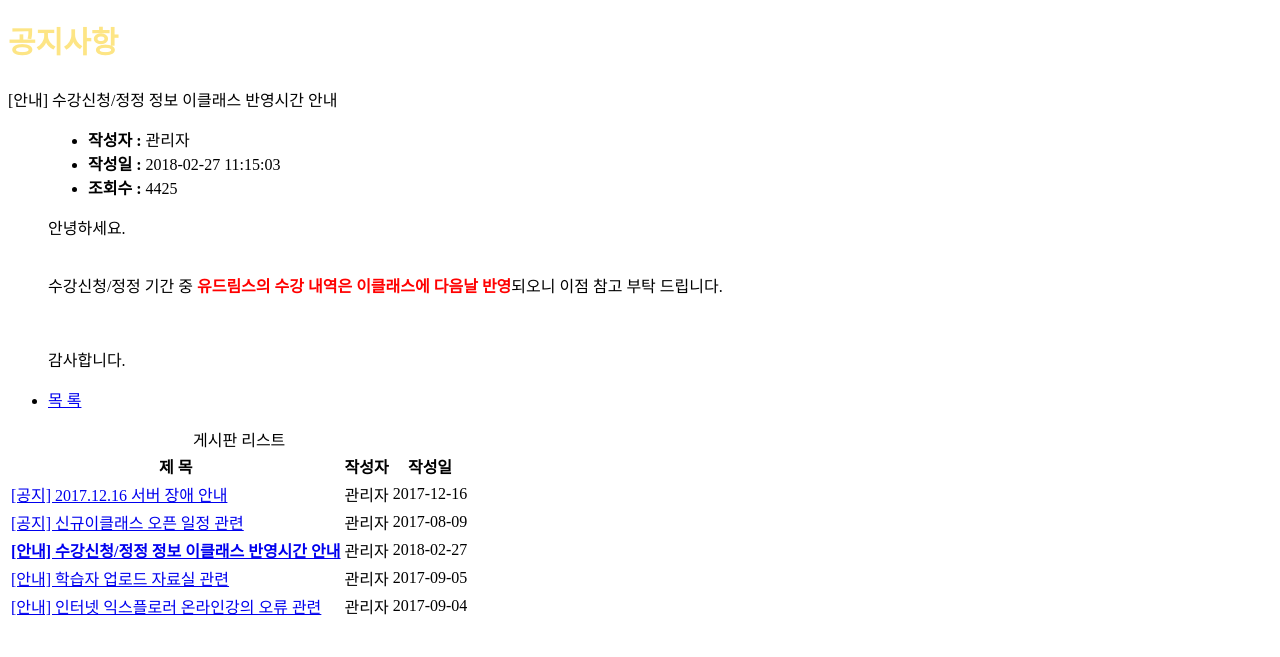
Repository: CSID-DGU/2019-1-CECD3-FFChain-2
Page: http://localhost/icip.app/WEB-INF/jsp/icip/notice/noticeView.jsp
An editor plug-in stored every save of this project. The page is shown before and after the next save, followed by the edit.
The browser window is 1280 px wide. The pictures show the whole page.
The page is served by Tomcat 9. Nobody is signed in. The template is opened directly, without the code that normally fills it, so the values that code supplies are empty.

Above is the page before, as saved 2019-08-19 11:00:20.

After the next save:
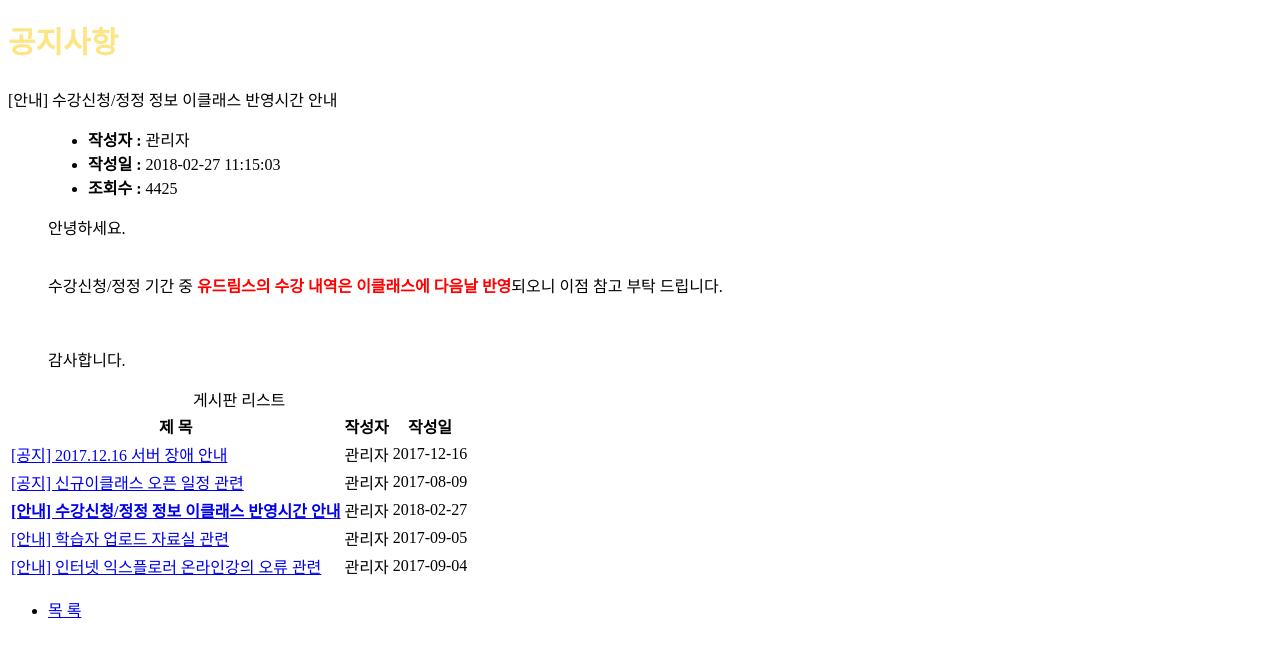
Saved 17 s later.
--- a/icip.app/src/main/webapp/WEB-INF/jsp/icip/notice/noticeView.jsp
+++ b/icip.app/src/main/webapp/WEB-INF/jsp/icip/notice/noticeView.jsp
@@ -132,10 +132,9 @@
 												2017-09-04
 											</td>
 										</tr>
-
-
-
-								<ul class="btnBox">
+							</tbody>
+						</table>
+						<ul class="btnBox">
 								<li>
 									<a class="btn small" href=noticeList.do>
 										<i class="icon-report-small-color"></i>
@@ -143,8 +142,6 @@
 									</a>
 								</li>
 							</ul>
-							</tbody>
-						</table>
 <script>
 //목록
 function fn_cancel(){
